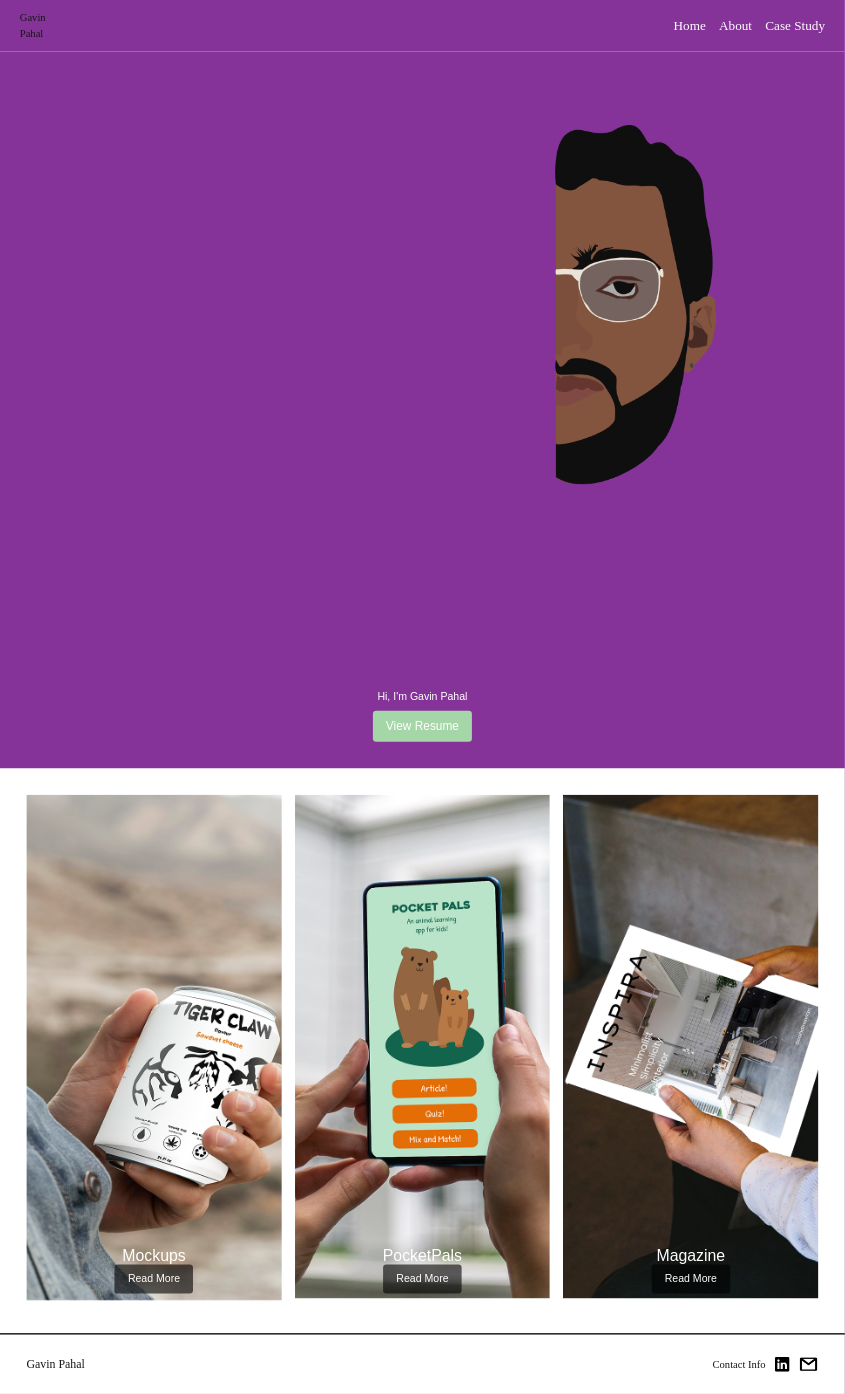
Repository: GavinPahal/portfolios
Page: /Home
The author's editor kept a copy of each file at every save. The page is drawn from the files as they stood at one save, then again after the next save.
The browser window is 1280 px wide. The pictures show the whole page, at 66% of full size.
The project was rebuilt for these pictures with package versions that can differ from the ones it lists, and the page was loaded fresh each time. The framework's server and built-in components were replaced by stand-ins that run in the browser. Also part of the build but not shown: next.config.mjs, components/BackToTop/BackToTop.module.css.

Above is the page before, as saved 2025-02-06 13:35:35.

After the next save:
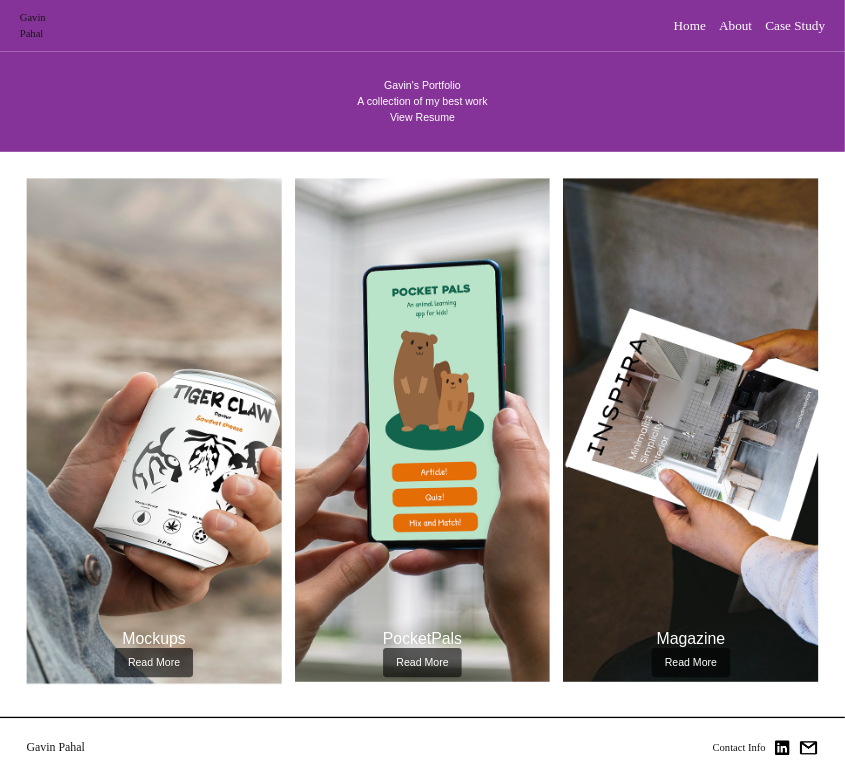
Saved 5 min 38 s later.
--- a/components/HeroSection/HeroSection.js
+++ b/components/HeroSection/HeroSection.js
@@ -2,13 +2,15 @@ import styles from "./HeroSection.module.css";
 
 const HeroSection = () => {
   return (
-    <header className={styles.hero}>
-      <img src="/images/Group 6.png" alt="Gavin Pahal Portfolio" className={styles.heroImage} />
-      <div className={styles.heroText}>
-        <h1>Hi, I'm Gavin Pahal</h1>
-        <button className={styles.resumeButton}>View Resume</button>
+    <section className={styles.hero}>
+      <div className={styles.content}>
+        <h1 className={styles.title}>Gavin's Portfolio</h1>
+        <p className={styles.subtitle}>A collection of my best work</p>
+        <a href="/resume.pdf" className={styles.button} target="_blank" rel="noopener noreferrer">
+          View Resume
+        </a>
       </div>
-    </header>
+    </section>
   );
 };
 
